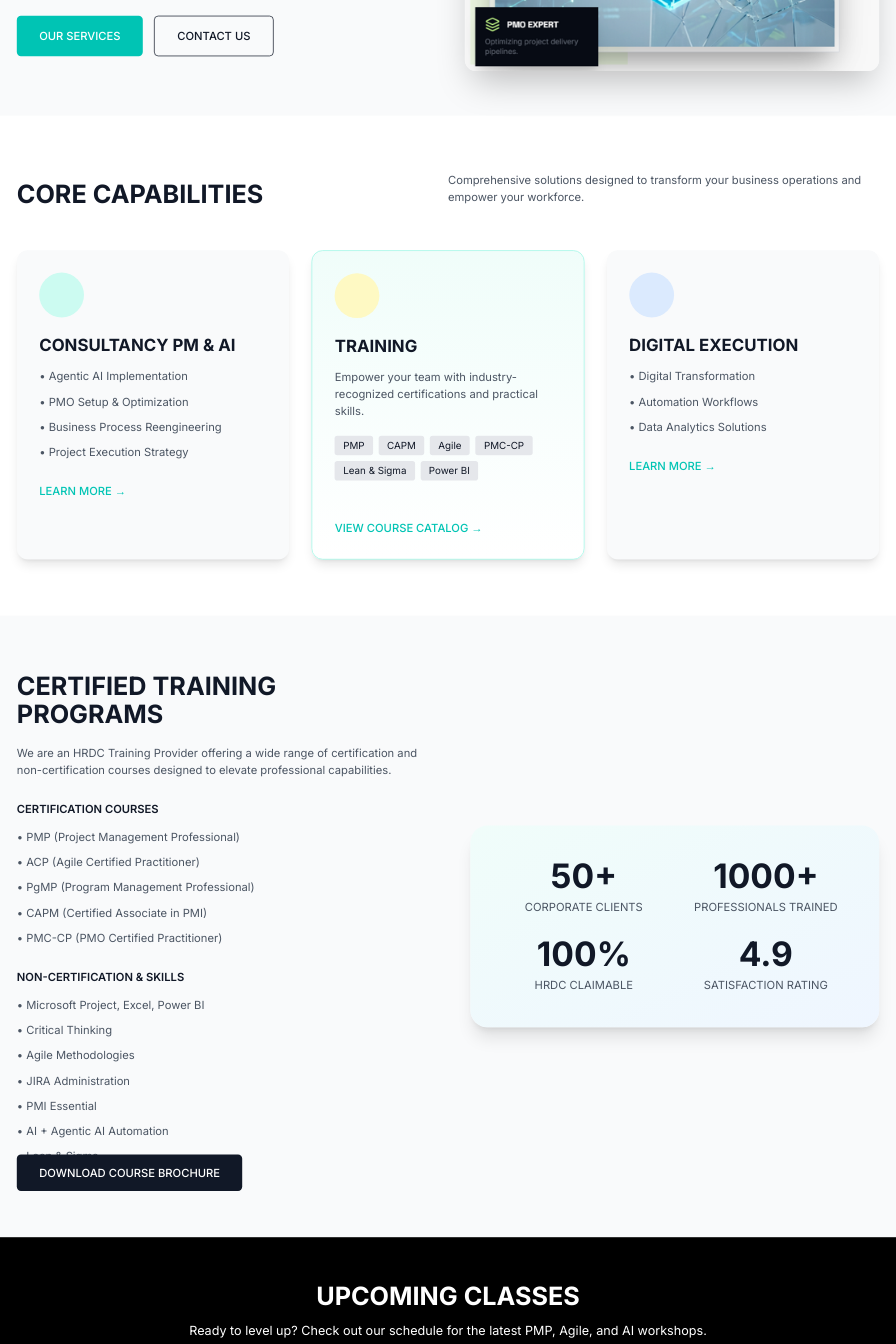
Repository: hsuntariq/web-pages
Page: impact/index.html
An editor plug-in stored every save of this project. The page is shown before and after the next save, followed by the edit.
The browser window is 1280 px wide. The pictures show the part of the page from y = 459 to 2379 px (the page is 4070 px tall before and 4094 px after), at 70% of full size.
Some web libraries are served in a nearby version.

Above is the page before, as saved 2025-12-28 20:23:17.

After the next save:
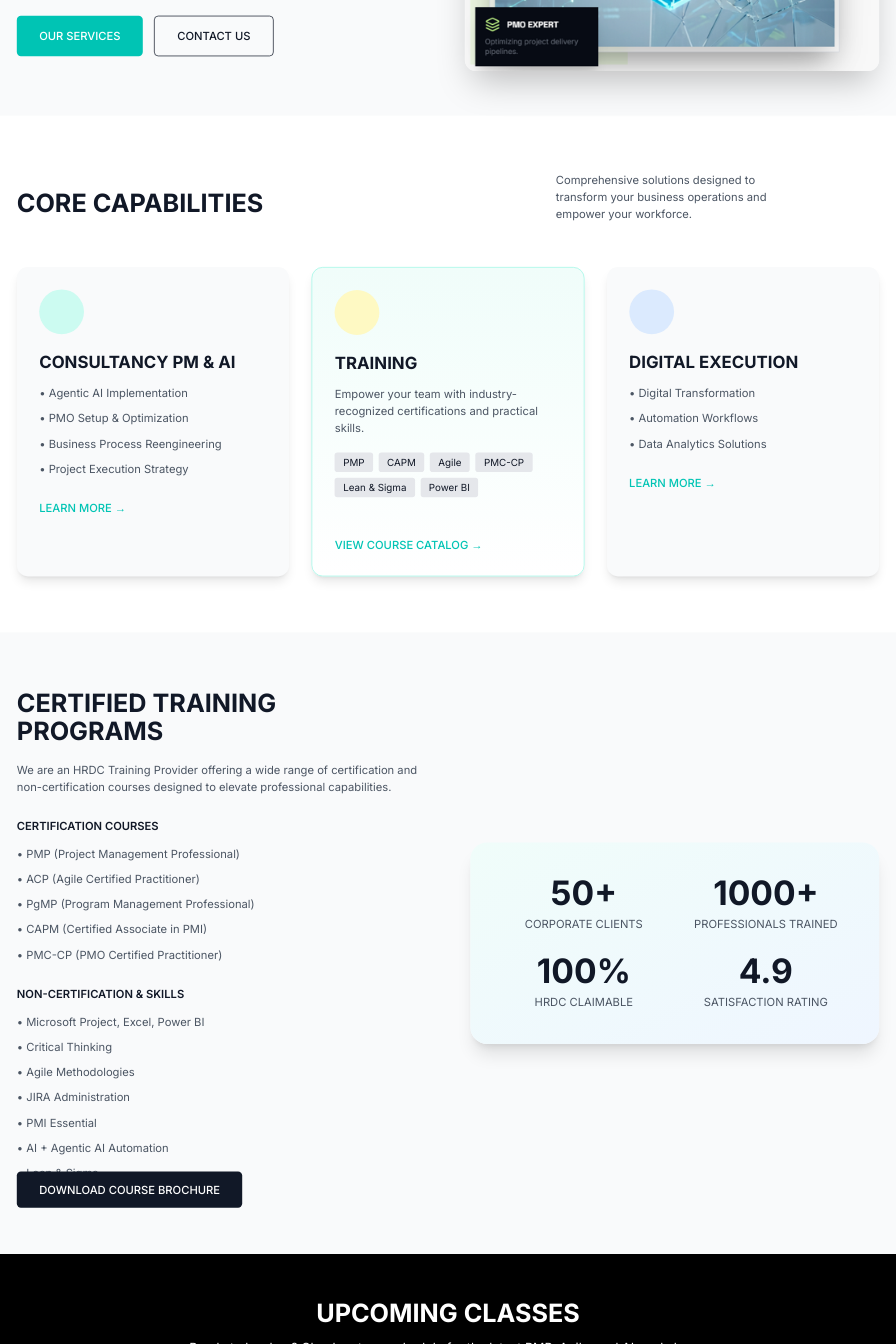
Saved 7 s later.
--- a/impact/index.html
+++ b/impact/index.html
@@ -122,7 +122,7 @@
           class="grid grid-cols-1 md:grid-cols-2 justify-between items-center"
         >
           <h2 class="text-4xl font-bold text-left mb-12">CORE CAPABILITIES</h2>
-          <p class="text-left text-gray-600 mb-16 max-w-1/2 mx-auto">
+          <p class="text-left text-gray-600 mb-16 max-w-1/2 w-1/2 mx-auto">
             Comprehensive solutions designed to transform your business
             operations and empower your workforce.
           </p>
